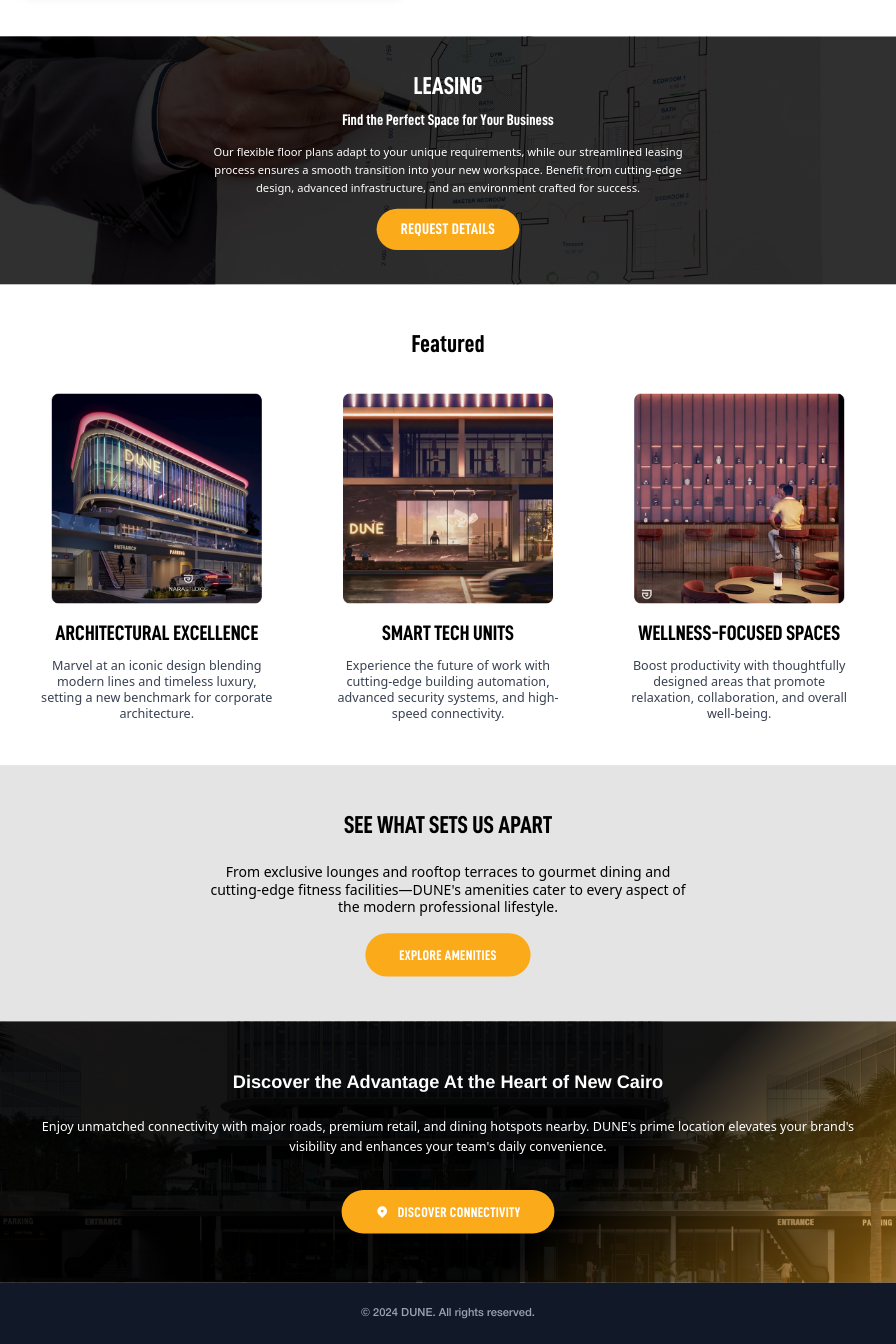
Repository: ahmedassr5765/dune
Page: index.html
The author's editor kept a copy of each file at every save. The page is drawn from the files as they stood at one save, then again after the next save.
The browser window is 1280 px wide. The pictures show the part of the page from y = 2053 to 3973 px (the page is 3973 px tall), at 70% of full size.
Some web libraries are served in a nearby version.

Above is the page before, as saved 2025-07-12 19:22:21.

After the next save:
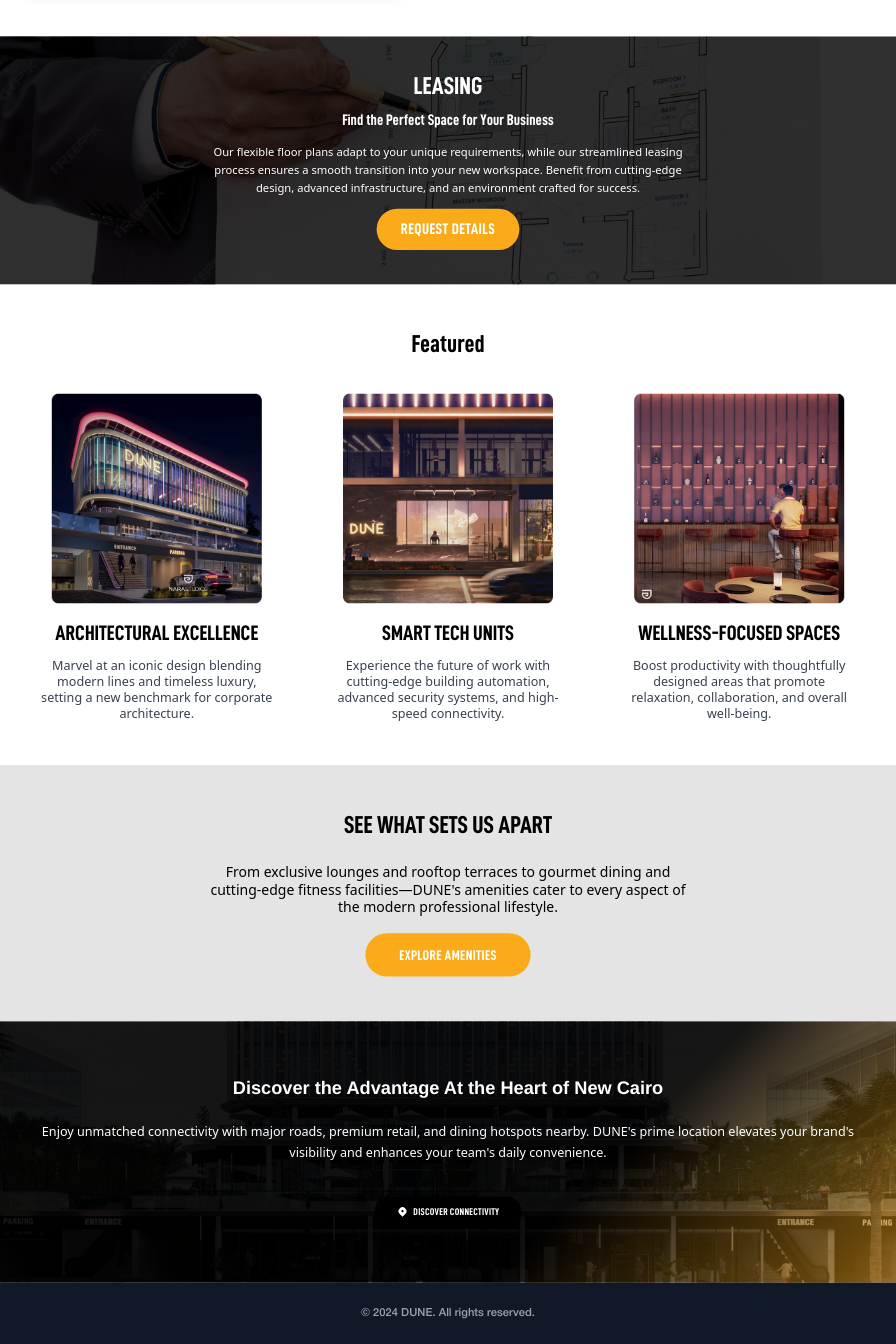
Saved 27 s later.
--- a/index.html
+++ b/index.html
@@ -421,11 +421,11 @@
                 </p>
 
                 <!-- CTA Button with Icon -->
-                <button class="bg-[#FBAA19] hover:bg-[#e09915] text-white py-[16px] px-[48px] rounded-full text-[20px] font-bold transition-colors duration-300 uppercase tracking-wide discover-cta font-ddin inline-flex items-center gap-3"
+                <button class="bg-black hover:bg-gray-800 text-white py-[12px] px-[32px] rounded-full text-[14px] font-bold transition-colors duration-300 uppercase tracking-wide discover-cta font-ddin inline-flex items-center gap-2"
                         data-en="DISCOVER CONNECTIVITY"
                         data-ar="اكتشف الاتصال">
                     <!-- Location Icon -->
-                    <svg class="w-5 h-5" fill="currentColor" viewBox="0 0 20 20">
+                    <svg class="w-4 h-4" fill="currentColor" viewBox="0 0 20 20">
                         <path fill-rule="evenodd" d="M5.05 4.05a7 7 0 119.9 9.9L10 18.9l-4.95-4.95a7 7 0 010-9.9zM10 11a2 2 0 100-4 2 2 0 000 4z" clip-rule="evenodd"></path>
                     </svg>
                     <span class="discover-cta-text">DISCOVER CONNECTIVITY</span>
